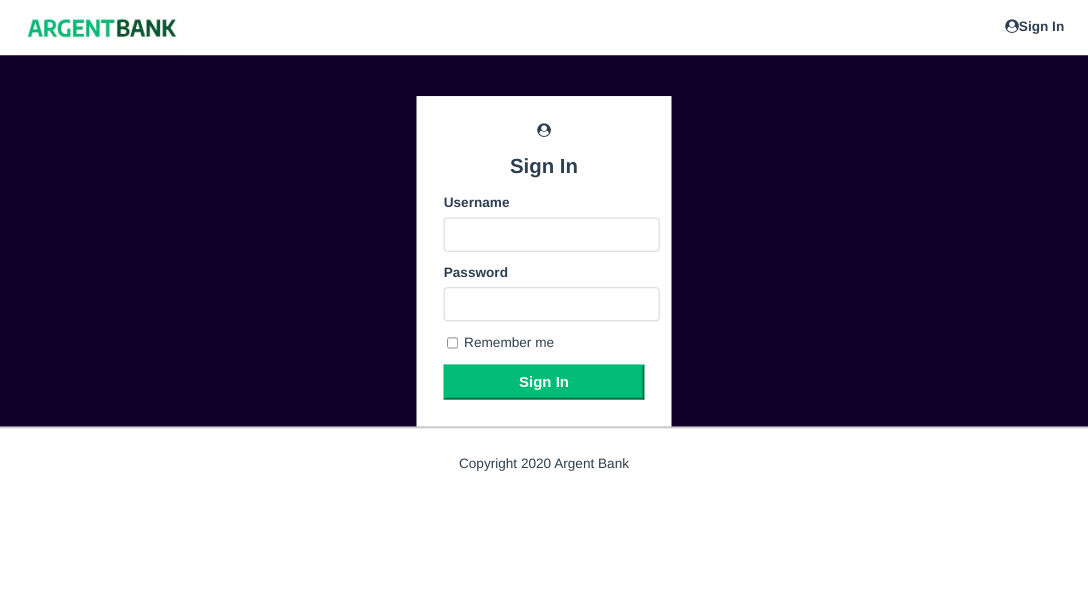
Repository: Dimple3377/ArgentBank-website
Page: /sign-in (app in banking-app/)
An editor plug-in stored every save of this project. The page is shown before and after the next save, followed by the edit.
The browser window is 1280 px wide. The pictures show the whole page, at 85% of full size.
The project was rebuilt for these pictures with package versions that can differ from the ones it lists, and the page was loaded fresh each time. Also part of the build but not shown: banking-app/src/components/Hero.jsx, banking-app/src/components/Feature.jsx, banking-app/src/pages/HomePage.jsx, banking-app/src/components/EditNameForm.jsx, banking-app/src/pages/UserPage.jsx.

Above is the page before, as saved 2024-06-07 02:17:47.

### banking-app/src/index.jsx
import React from "react";
import ReactDOM from "react-dom/client";
import "./main.css";
import App from "./App";
import { Provider } from "react-redux";
import store from "./store";

const root = ReactDOM.createRoot(document.getElementById("root"));
root.render(
  <React.StrictMode>
    <Provider store={store}>
      <App />
    </Provider>
  </React.StrictMode>
);

### banking-app/src/main.css
html {
  font-family: Avenir, Helvetica, Arial, sans-serif;
  -webkit-font-smoothing: antialiased;
  -moz-osx-font-smoothing: grayscale;
  text-align: center;
  color: #2c3e50;
}

body {
  margin: 0;
  display: flex;
  flex-direction: column;
  min-height: 100vh;
}

.main {
  display: flex;
  flex: 1;
}

.bg-dark {
  background-color: #12002b;
}

.sr-only {
  border: 0 !important;
  clip: rect(1px, 1px, 1px, 1px) !important;
  -webkit-clip-path: inset(50%) !important;
  clip-path: inset(50%) !important;
  height: 1px !important;
  margin: -1px !important;
  overflow: hidden !important;
  padding: 0 !important;
  position: absolute !important;
  width: 1px !important;
  white-space: nowrap !important;
}

.main-nav {
  display: flex;
  justify-content: space-between;
  align-items: center;
  padding: 5px 20px;
}

.main-nav a {
  font-weight: bold;
  color: #2c3e50;
}

.main-nav a.router-link-exact-active {
  color: #42b983;
}

.main-nav-item {
  text-decoration: none;
  margin-right: 0.5rem;
}

.main-nav-item:hover {
  text-decoration: underline;
}

.main-nav-logo {
  display: flex;
  align-items: center;
}

.main-nav-logo-image {
  max-width: 100%;
  width: 200px;
}

.hero {
  background-image: url("../src/assets/img/bank-tree.webp");
  background-position: 0 -50px;
  background-size: cover;
  background-repeat: no-repeat;
  height: 300px;
  position: relative;
}

.hero-content {
  position: relative;
  top: 2rem;
  width: 200px;
  background: white;
  padding: 2rem;
  text-align: left;
  margin: 0 auto;
}

.hero-content .subtitle {
  font-weight: bold;
  font-size: 1rem;
  margin: 0;
}

.hero-content .text {
  margin-bottom: 0;
  font-size: 0.9rem;
}

@media (min-width: 920px) {
  .hero {
    height: 400px;
    background-position: 0% 33%;
  }

  .hero-content {
    position: absolute;
    top: 50px;
    right: 50px;
    width: 300px;
    margin: 2rem;
  }

  .hero-content .subtitle {
    font-size: 1.5rem;
  }

  .hero-content .text {
    font-size: 1.2rem;
  }
}

.features {
  display: flex;
  flex-direction: column;
}

@media (min-width: 920px) {
  .features {
    flex-direction: row;
  }
}

.feature-icon {
  width: 100px;
  border: 10px solid #00bc77;
  border-radius: 50%;
  padding: 1rem;
}

.feature-item {
  flex: 1;
  padding: 2.5rem;
}

.feature-item-title {
  color: #222;
  font-size: 1.25rem;
  font-weight: bold;
  margin-bottom: 0.5rem;
}

.sign-in-button {
  display: block;
  width: 100%;
  padding: 8px;
  font-size: 1.1rem;
  font-weight: bold;
  margin-top: 1rem;
  border-color: #00bc77;
  background-color: #00bc77;
  color: #fff;
}

.sign-in-content {
  box-sizing: border-box;
  background-color: white;
  width: 300px;
  margin: 0 auto;
  margin-top: 3rem;
  padding: 2rem;
}

.sign-in-icon {
  font-size: 5rem;
}

.input-remember {
  display: flex;
}

.input-remember label {
  margin-left: 0.25rem;
}

.input-wrapper {
  display: flex;
  flex-direction: column;
  text-align: left;
  margin-bottom: 1rem;
}

.input-wrapper label {
  font-weight: bold;
}

.input-wrapper input {
  padding: 5px;
  font-size: 1.2rem;
}

.footer {
  display: flex;
  justify-content: center;
  border-top: 2px solid #ccc;
  padding: 2rem 0 1.5rem;
}

.footer-text {
  margin: 0;
  padding: 0;
}

.account {
  display: flex;
  justify-content: space-between;
  align-items: center;
  border: 1px solid black;
  background-color: #fff;
  width: 80%;
  margin: 0 auto;
  flex-direction: column;
  padding: 1.5rem;
  box-sizing: border-box;
  text-align: left;
  margin-bottom: 2rem;
}

.account-amount {
  margin: 0;
  font-size: 2.5rem;
  font-weight: bold;
}

.account-amount-description {
  margin: 0;
}

.account-title {
  margin: 0;
  padding: 0;
  font-size: 1rem;
  font-weight: normal;
}

.account-content-wrapper {
  width: 100%;
  flex: 1;
}

.edit-button {
  border-color: #00bc77;
  background-color: #00bc77;
  color: #fff;
  font-weight: bold;
  padding: 10px;
}

.header {
  color: #fff;
  margin-bottom: 2rem;
}

.transaction-button {
  display: block;
  width: 100%;
  padding: 8px;
  font-size: 1.1rem;
  font-weight: bold;
  margin-top: 1rem;
  border-color: #00bc77;
  background-color: #00bc77;
  color: #fff;
}

@media (min-width: 720px) {
  .account {
    flex-direction: row;
  }

  .account-content-wrapper.cta {
    flex: 0;
  }

  .transaction-button {
    width: 200px;
  }
}

### banking-app/src/App.jsx
import React from "react";
import { BrowserRouter as Router, Route, Routes } from "react-router-dom";
import HomePage from "./pages/HomePage";
import SignInPage from "./pages/SignInPage";
import UserPage from "./pages/UserPage";

import "./main.css";

function App() {
  return (
    <Router>
      <Routes>
        <Route path="/" element={<HomePage />} />
        <Route path="/sign-in" element={<SignInPage />} />
        <Route path="/user" element={<UserPage />} />
      </Routes>
    </Router>
  );
}

export default App;

### banking-app/src/store/index.jsx
import { configureStore } from "@reduxjs/toolkit";
import userReducer from "./userSlice";

export const store = configureStore({
  reducer: {
    user: userReducer,
    devTools: process.env.NODE_ENV !== "production",
  },
});

export default store;

### banking-app/src/pages/SignInPage.jsx
import React from "react";
import Header from "../components/Header";
import Footer from "../components/Footer";
import LoginForm from "../components/LoginForm";

const SignInPage = () => {
  return (
    <>
      <Header />
      <main className="main bg-dark">
        <section className="sign-in-content">
          <i className="fa fa-user-circle sign-in-icon"></i>
          <h1>Sign In</h1>
          <LoginForm />
        </section>
      </main>
      <Footer />
    </>
  );
};

export default SignInPage;

### banking-app/src/store/userSlice.jsx
import { createSlice, createAsyncThunk } from "@reduxjs/toolkit";
import axios from "axios";

const initialState = {
  user: null,
  token: null,
  status: "idle",
  error: null,
};

// Thunk pour la connexion de l'utilisateur
export const loginUser = createAsyncThunk("user/login", async (credentials) => {
  const response = await axios.post(
    "http://localhost:3001/api/v1/user/login",
    credentials
  );
  console.log("Réponse de l'API login:", response.data);
  return { user: response.data.body.user, token: response.data.body.token };
});

// Thunk pour la mise à jour du profil utilisateur
export const updateUser = createAsyncThunk(
  "user/update",
  async (userData, { getState }) => {
    const token = localStorage.getItem("token");
    console.log("Token utilisé pour updateUser:", token);
    const response = await axios.put(
      "http://localhost:3001/api/v1/user/profile",
      userData,
      {
        headers: {
          Authorization: `Bearer ${token}`,
        },
      }
    );
    return response.data.body;
  }
);

// Thunk pour récupérer le profil utilisateur
export const fetchUserProfile = createAsyncThunk(
  "user/fetchProfile",
  async (_, { getState }) => {
    const token = localStorage.getItem("token");
    console.log("Token utilisé pour fetchUserProfile:", token);
    const response = await axios.get(
      "http://localhost:3001/api/v1/user/profile",
      {
        headers: {
          Authorization: `Bearer ${token}`,
        },
      }
    );
    console.log("Réponse de l'API fetchUserProfile:", response.data);
    return response.data.body;
  }
);

const userSlice = createSlice({
  name: "user",
  initialState,
  reducers: {
    logout: (state) => {
      localStorage.clear();
      state.user = null;
      state.token = null;
      state.status = "idle";
      state.error = null;
    },
  },
  extraReducers: (builder) => {
    builder
      .addCase(loginUser.pending, (state) => {
        state.status = "loading";
      })
      .addCase(loginUser.fulfilled, (state, action) => {
        state.status = "succeeded";
        console.log("Payload reçu de loginUser:", action.payload);
        state.user = action.payload.user;
        state.token = action.payload.token;
        localStorage.setItem("token", state.token);
        state.error = null;
      })
      .addCase(loginUser.rejected, (state, action) => {
        state.status = "failed";
        state.error = action.error.message;
      })
      .addCase(updateUser.pending, (state) => {
        state.status = "loading";
      })
      .addCase(updateUser.fulfilled, (state, action) => {
        state.status = "succeeded";
        state.user = { ...state.user, ...action.payload };
        state.error = null;
      })
      .addCase(updateUser.rejected, (state, action) => {
        state.status = "failed";
        state.error = action.error.message;
      })
      .addCase(fetchUserProfile.pending, (state) => {
        state.status = "loading";
      })
      .addCase(fetchUserProfile.fulfilled, (state, action) => {
        state.status = "succeeded";
        state.user = action.payload;
        state.error = null;
      })
      .addCase(fetchUserProfile.rejected, (state, action) => {
        state.status = "failed";
        state.error = action.error.message;
      });
  },
});

export const { logout } = userSlice.actions;

export default userSlice.reducer;

### banking-app/src/components/Header.jsx
import React from "react";
import { Link, useLocation, useNavigate } from "react-router-dom";
import { useSelector, useDispatch } from "react-redux";
import { logout } from "../store/userSlice";
import logo from "../assets/img/argentBankLogo.webp";
import "font-awesome/css/font-awesome.min.css";
import "../components/Header";

const Header = () => {
  const dispatch = useDispatch();
  const navigate = useNavigate();
  const { user } = useSelector((state) => state.user);
  const location = useLocation();

  const handleLogout = () => {
    dispatch(logout());
    navigate("/"); // vers la page d'accueil après la déconnexion
  };

  const isEditUserPage = location.pathname === "/edit-user";
  const navClass = isEditUserPage ? "main-nav edit-user-nav" : "main-nav";
  return (
    <nav className={navClass}>
      <Link className="main-nav-logo" to="/">
        <img
          className="main-nav-logo-image"
          src={logo}
          alt="Argent Bank Logo"
        />
        <h1 className="sr-only">Argent Bank</h1>
      </Link>
      <div>
        {location.pathname === "/edit-user" ? (
          <>
            {/* icônes spécifiques à EditUserPage */}
            <span>{user?.userName}</span>
            <i className="fa fa-user-circle"></i>
            <i className="fa fa-cog"></i>
            <i className="fa fa-power-off" onClick={handleLogout}></i>
          </>
        ) : user ? (
          <>
            <Link className="main-nav-item" to="/user">
              <i className="fa fa-user-circle"></i>
              {user.userName}
            </Link>
            <Link className="main-nav-item" to="/" onClick={handleLogout}>
              <i className="fa fa-sign-out"></i>
              Sign Out
            </Link>
          </>
        ) : (
          <Link className="main-nav-item" to="/sign-in">
            <i className="fa fa-user-circle"></i>
            Sign In
          </Link>
        )}
      </div>
    </nav>
  );
};

export default Header;

### banking-app/src/components/Footer.jsx
import React from "react";

const Footer = () => {
  return (
    <footer className="footer">
      <p className="footer-text">Copyright 2020 Argent Bank</p>
    </footer>
  );
};

export default Footer;

### banking-app/src/components/LoginForm.jsx
import React, { useState, useEffect } from "react";
import { useDispatch, useSelector } from "react-redux";
import { useNavigate } from "react-router-dom";
import { loginUser } from "../store/userSlice";

const LoginForm = () => {
  const [email, setEmail] = useState("");
  const [password, setPassword] = useState("");
  const dispatch = useDispatch();
  const navigate = useNavigate();
  const { user, status, error } = useSelector((state) => state.user);

  const handleSubmit = async (e) => {
    e.preventDefault();
    const result = await dispatch(loginUser({ email, password }));
    if (loginUser.fulfilled.match(result)) {
      navigate("/user");
    } else {
      console.error("Login failed:", result.payload);
    }
  };

  useEffect(() => {
    if (user) {
      navigate("/user");
    }
  }, [user, navigate]);

  return (
    <div>
      <form onSubmit={handleSubmit}>
        <div className="input-wrapper">
          <label htmlFor="email">Username</label>
          <input
            type="email"
            id="email"
            value={email}
            onChange={(e) => setEmail(e.target.value)}
          />
        </div>
        <div className="input-wrapper">
          <label htmlFor="password">Password</label>
          <input
            type="password"
            id="password"
            value={password}
            onChange={(e) => setPassword(e.target.value)}
          />
        </div>
        <div className="input-remember">
          <input type="checkbox" id="remember-me" />
          <label htmlFor="remember-me">Remember me</label>
        </div>
        <button className="sign-in-button" type="submit">
          Sign In
        </button>
        {status === "loading" && <p>Loading...</p>}
        {status === "failed" && <p>{error}</p>}
        {user && <p>Welcome, {user.firstName}</p>}
      </form>
    </div>
  );
};

export default LoginForm;

### banking-app/src/components/EditNameForm.css
.edit-name-form {
  display: flex;
  flex-direction: column;
  align-items: center;
  width: 100%;
  max-width: 400px;
  margin: 0 auto;
}

.input-wrapper {
  display: flex;
  flex-direction: column;
  align-items: flex-start;
  width: 100%;
  margin-bottom: 1rem;
}

.input-wrapper label {
  margin-bottom: 0.5rem;
  font-weight: bold;
}

.input-wrapper input {
  width: 100%;
  padding: 0.5rem;
  border: 1px solid #ccc;
  border-radius: 4px;
}

.edit-button {
  width: 100%;
  max-width: 150px;
  padding: 0.5rem;
  margin: 0.5rem;
  background-color: #007bff;
  color: white;
  border: none;
  border-radius: 4px;
  cursor: pointer;
}

.edit-button:hover {
  background-color: #0056b3;
}

.button-container {
  display: flex;
  justify-content: space-between;
  width: 100%;
  max-width: 400px;
}

Loaded but not shown: banking-app/public/index.html (common file)

After the next save:
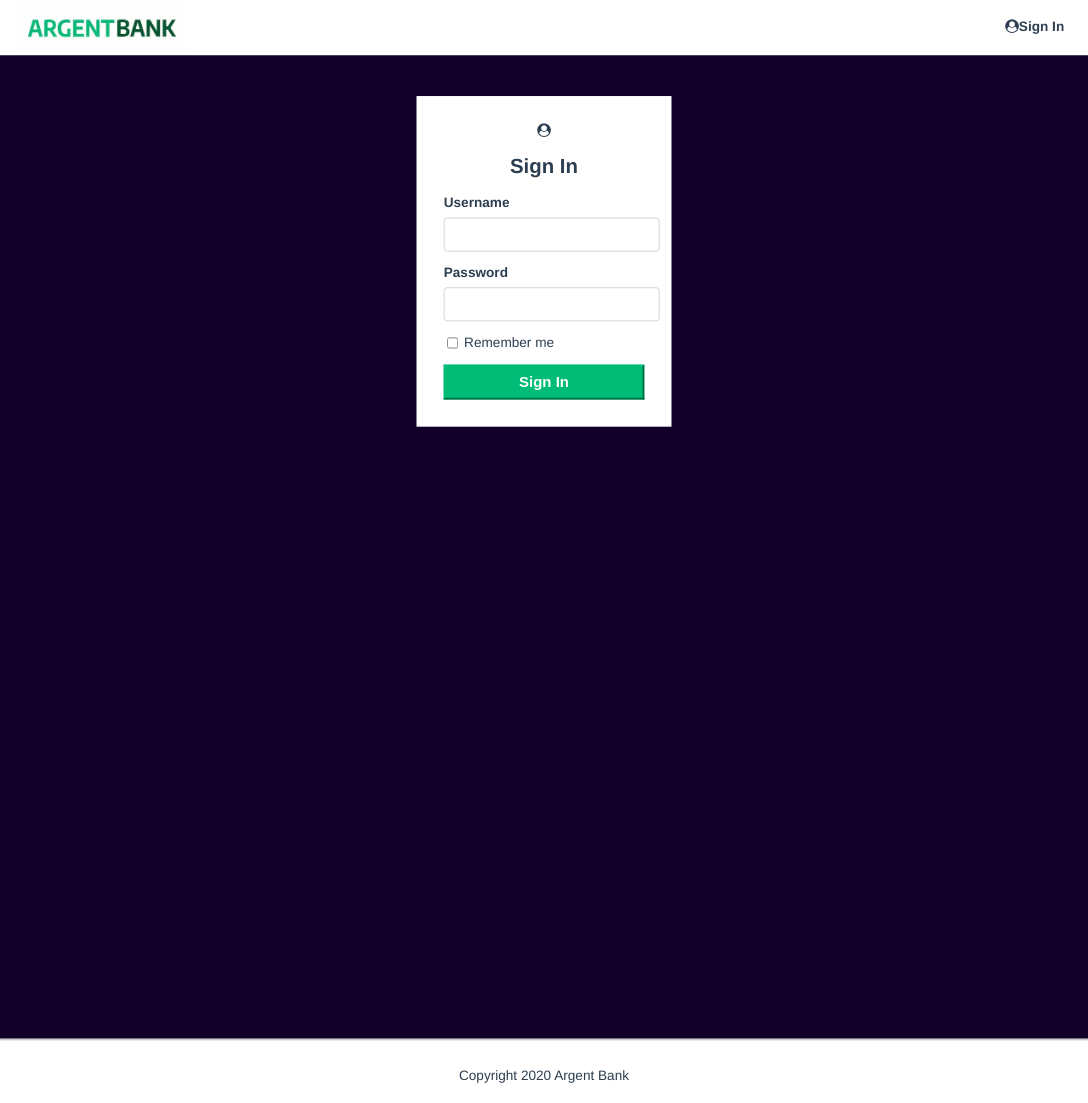
Saved 27 s later.
--- a/banking-app/src/main.css
+++ b/banking-app/src/main.css
@@ -173,6 +173,7 @@ body {
   margin: 0 auto;
   margin-top: 3rem;
   padding: 2rem;
+  margin-bottom: 45rem;
 }
 
 .sign-in-icon {
